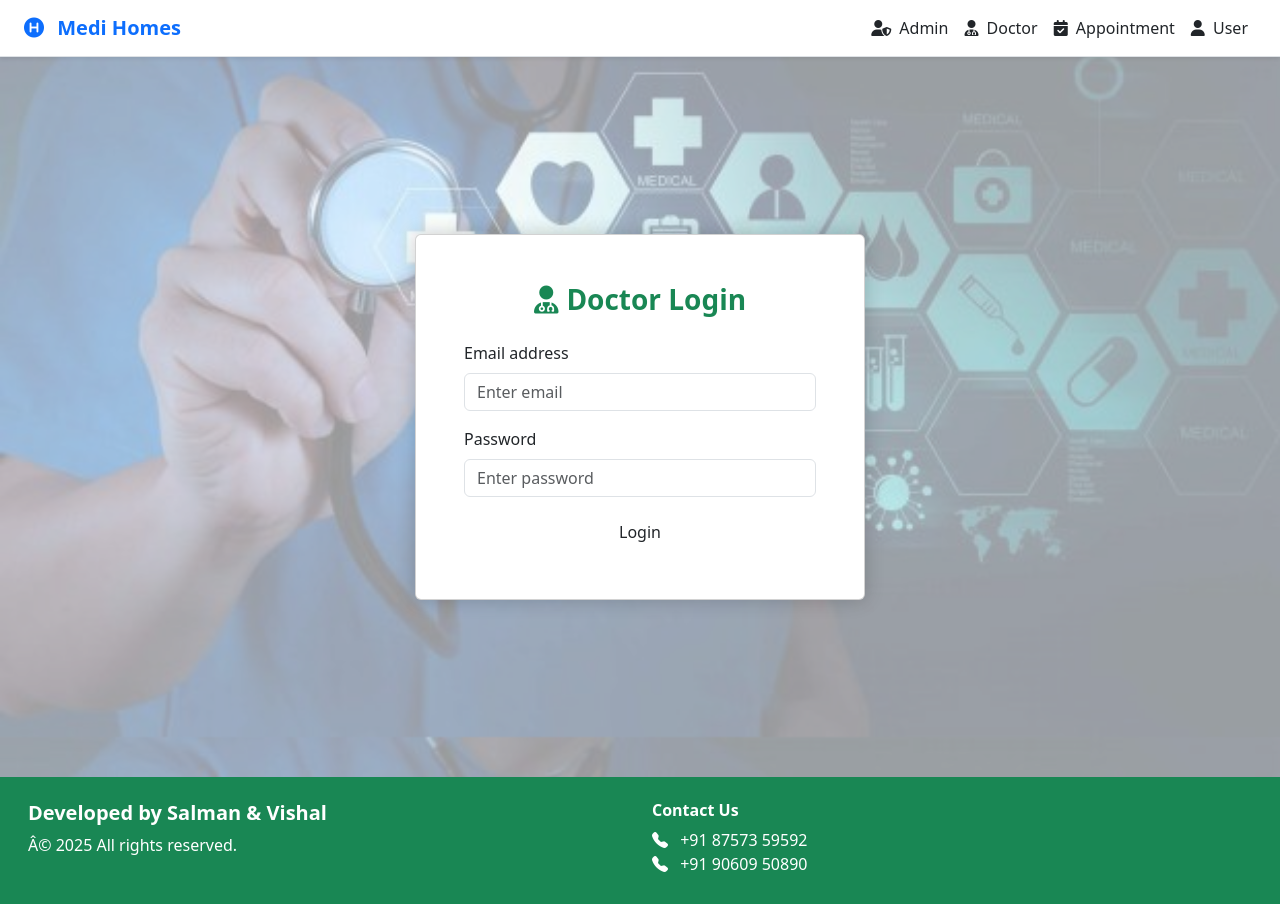
Repository: vishal-java-dev/Hospital_Management_System
Page: http://localhost/Hospital_Management_System/doctor_login.jsp
The author's editor kept a copy of each file at every save. The page is drawn from the files as they stood at one save, then again after the next save.
The browser window is 1280 px wide. The pictures show the whole page.
Backgrounds fixed to the window are drawn as part of the page. The page is served by Tomcat 10.

Above is the page before, as saved 2025-07-02 01:34:28.

After the next save:
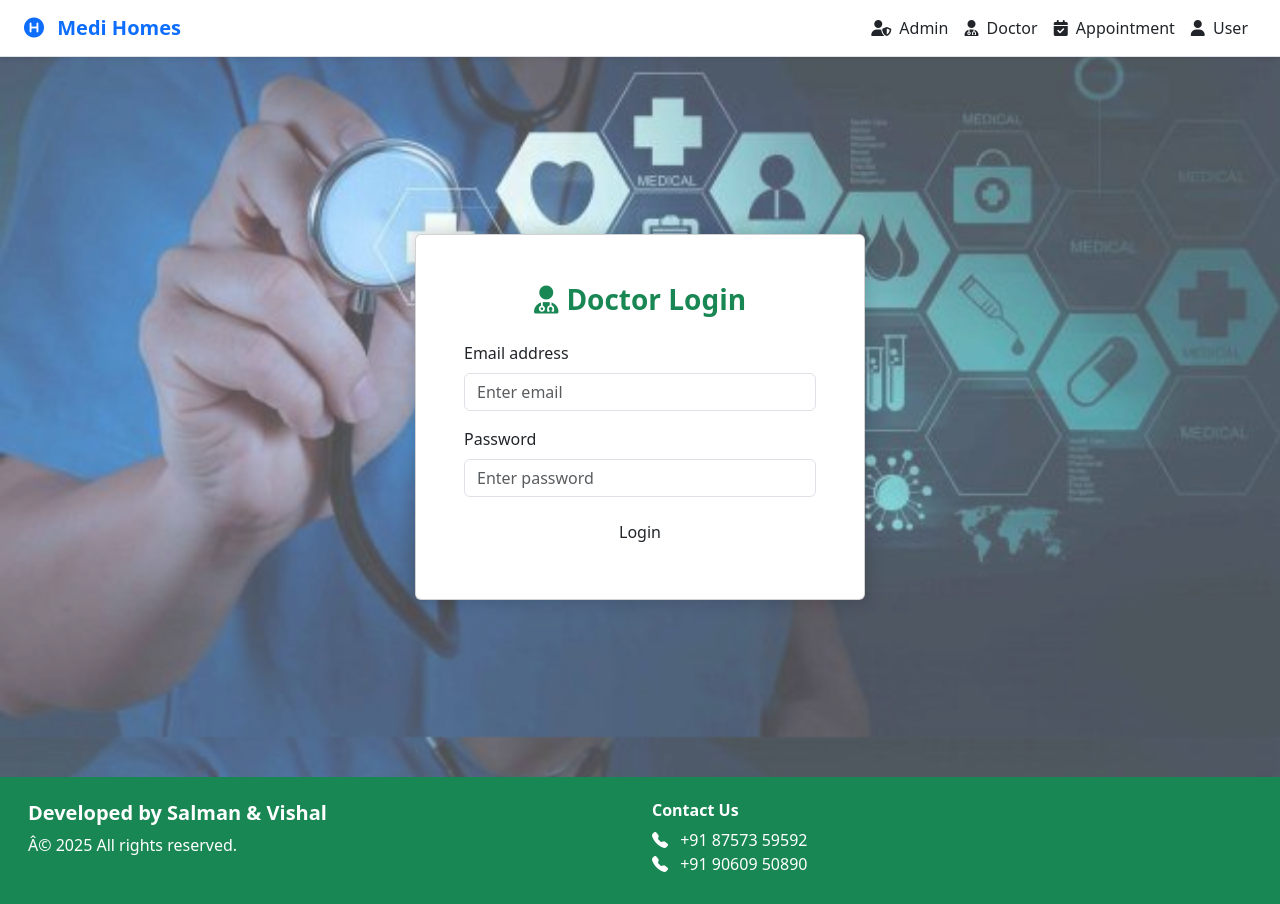
Saved 14 s later.
--- a/Hospital_Management_System/src/main/webapp/doctor_login.jsp
+++ b/Hospital_Management_System/src/main/webapp/doctor_login.jsp
@@ -19,7 +19,7 @@
     }
 
     .overlay {
-      background-color: rgba(255, 255, 255, 0.6);
+      background-color: rgba(255, 255, 255, 0.3);
       min-height: 100vh;
       display: flex;
       align-items: center;
